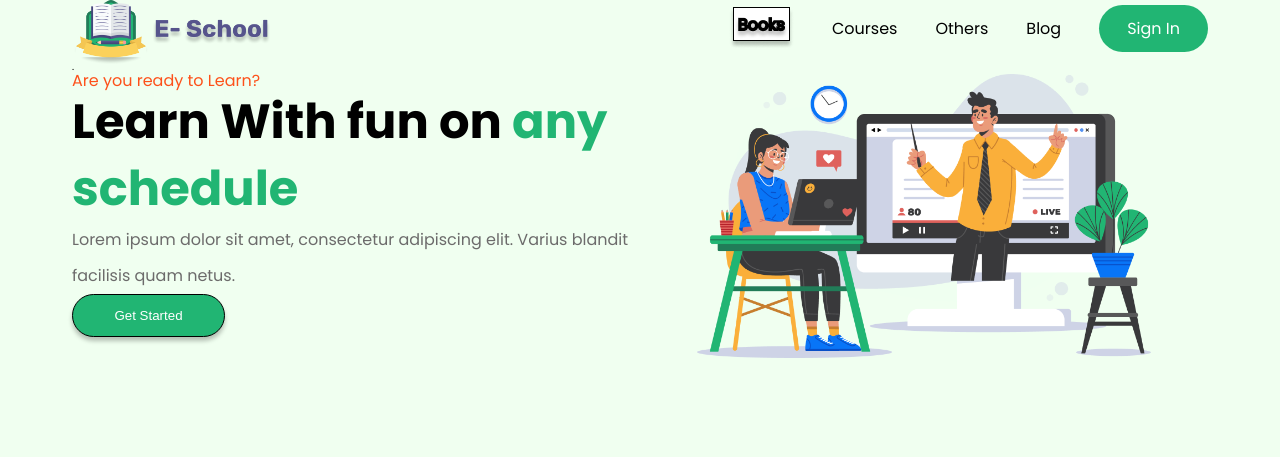
Repository: bijaythakur-code/E-school
Page: index.html
The author's editor kept a copy of each file at every save. The page is drawn from the files as they stood at one save, then again after the next save.
The browser window is 1280 px wide. The pictures show the whole page.

Above is the page before, as saved 2022-05-11 15:40:59.
Console error: TypeError: Cannot set properties of null (setting 'textContent')

After the next save:
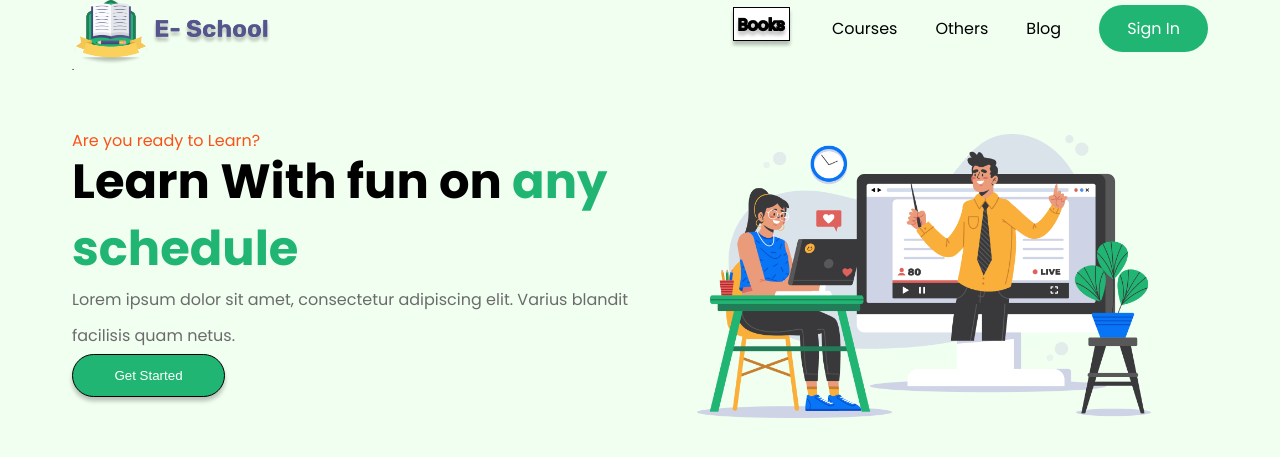
Saved 3 min 59 s later.
--- a/css/style.css
+++ b/css/style.css
@@ -44,6 +44,7 @@
 
 .hero {
   display: flex;
+  padding: 60px 0 60px 0;
 }
 
 .hero-left {
